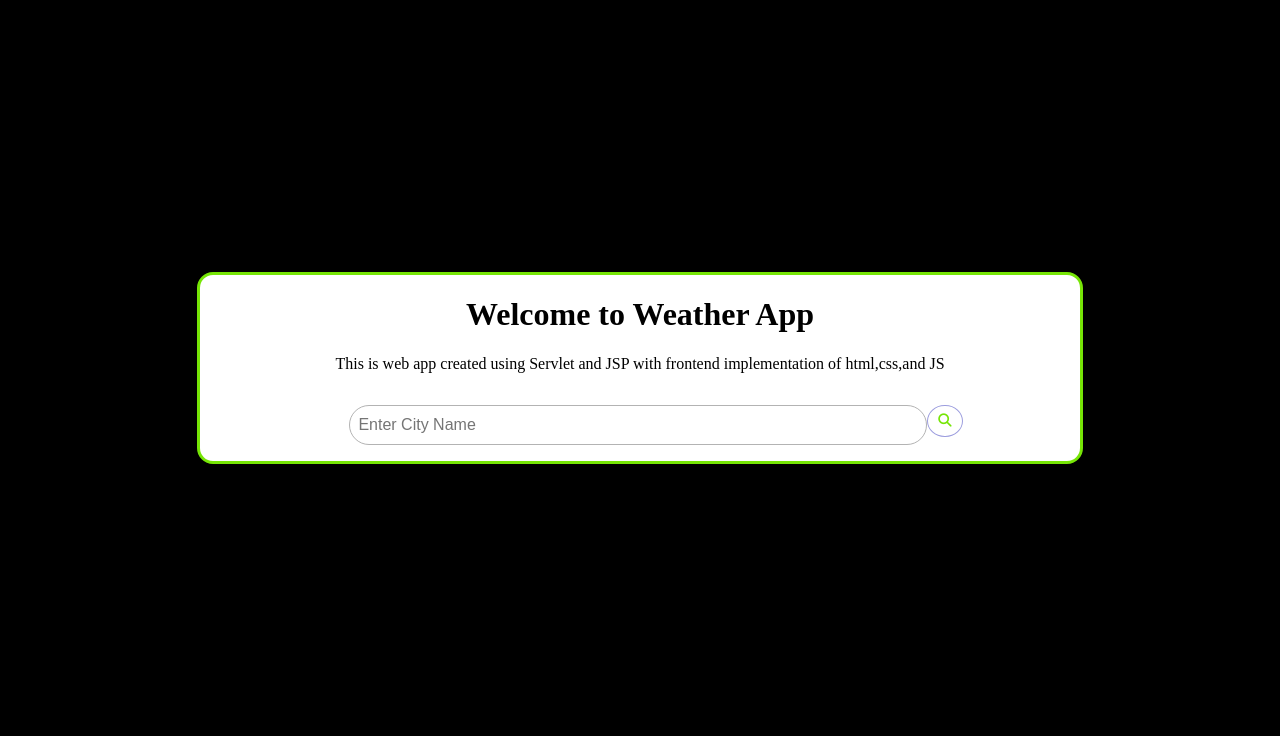
Repository: krv9/projects
Page: http://localhost/WeatherApp/
An editor plug-in stored every save of this project. The page is shown before and after a run of saves, followed by the edit.
The browser window is 1280 px wide. The pictures show the whole page.
The pointer rests on the first visible `.searchInput button`.
The page is served by Tomcat 10.

Above is the page before, as saved 2024-09-24 13:31:40.

After the next 2 saves:
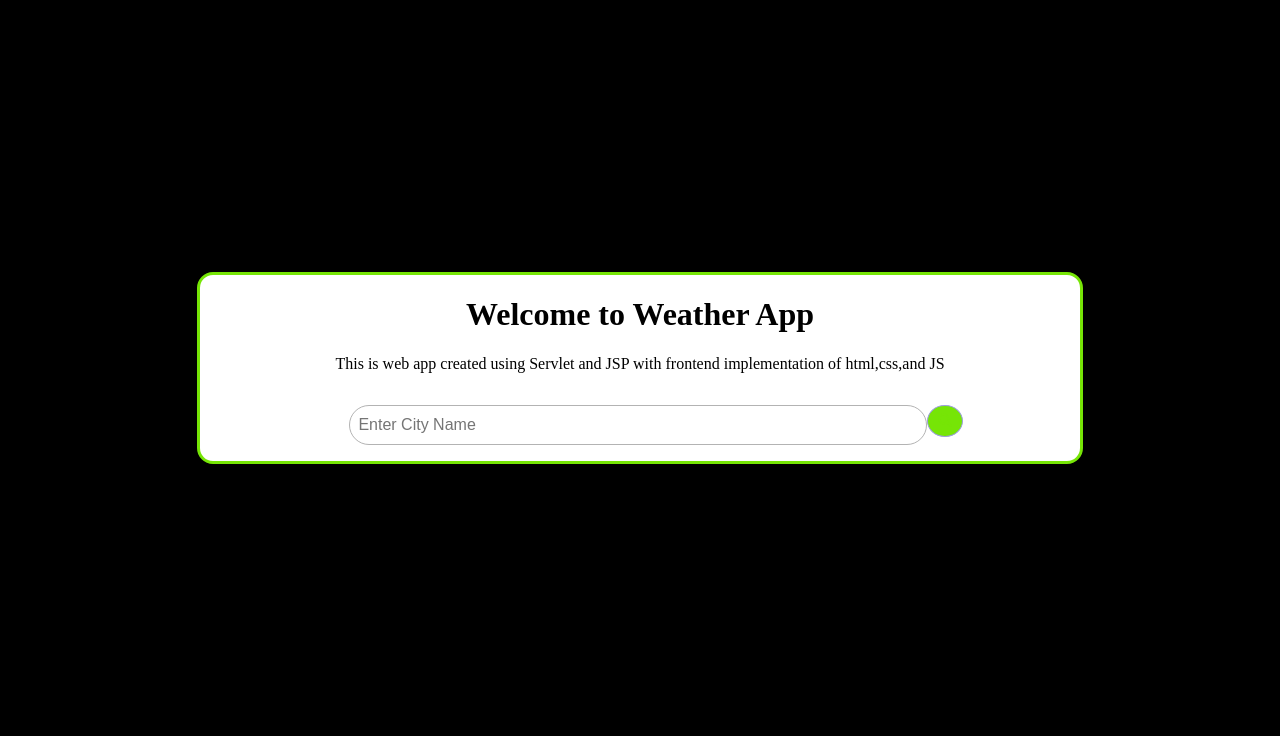
The 2 saves are shown as one change because they came seconds apart.
The last was saved 37 s later.
--- a/WeatherApp/src/main/webapp/Style.css
+++ b/WeatherApp/src/main/webapp/Style.css
@@ -60,6 +60,6 @@ body{
 
 .searchInput button:hover {
   color: #76e506;
-  background-color: #;
+  background-color: #76e506;
   border: 1px solid #9c9dde;
 }
